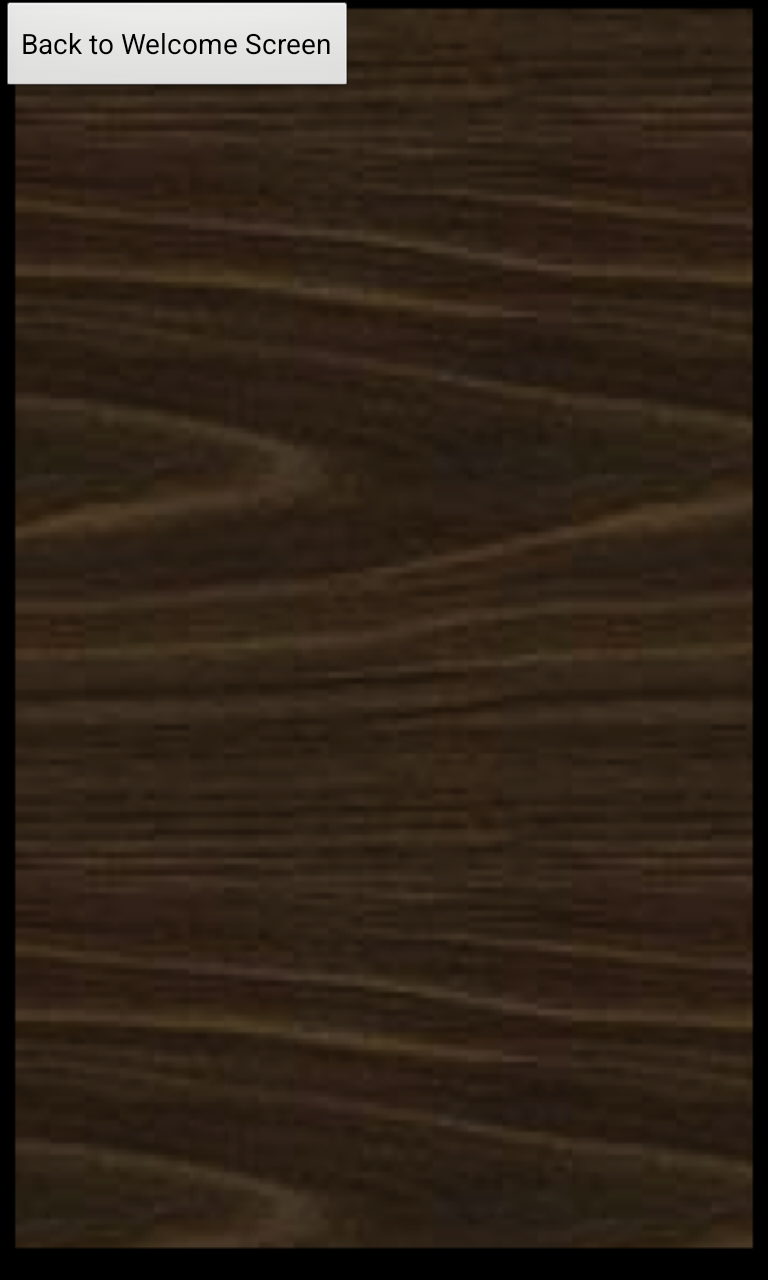
Repository: Arvind83/Pilot_project
Layout: LocationAware/res/layout/map.xml
An editor plug-in stored every save of this project. The layout is shown before and after the next save, followed by the edit.
It is drawn on a 768 x 1280 px phone screen (xhdpi) without system bars, with theme android:Theme.Holo; the app's code is not run.

Above is the layout before, as saved 2013-03-17 21:21:27.

### LocationAware/res/layout/map.xml
<?xml version="1.0" encoding="utf-8"?>
<FrameLayout
    xmlns:android="http://schemas.android.com/apk/res/android"
    android:layout_width="match_parent"
    android:layout_height="match_parent"
    android:theme="@android:style/Theme.Light"
    android:background= "@drawable/background"
    android:orientation="vertical">
        <Button android:id="@+id/HelloWorld"
            android:layout_width="wrap_content"
            android:layout_height="wrap_content"
            android:text="@string/back"
            android:minWidth="120sp"
            android:onClick="useFineProvider" />
</FrameLayout>

### LocationAware/res/values/strings.xml
<?xml version="1.0" encoding="utf-8"?>
<!--
  Copyright (C) 2012 The Android Open Source Project

  Licensed under the Apache License, Version 2.0 (the "License");
  you may not use this file except in compliance with the License.
  You may obtain a copy of the License at

       http://www.apache.org/licenses/LICENSE-2.0

  Unless required by applicable law or agreed to in writing, software
  distributed under the License is distributed on an "AS IS" BASIS,
  WITHOUT WARRANTIES OR CONDITIONS OF ANY KIND, either express or implied.
  See the License for the specific language governing permissions and
  limitations under the License.
-->
<resources>
    <string name="app_name">Location Update App</string>
    <string name="address">Address:</string>
    <string name="enable_gps">Enable GPS</string>
    <string name="enable_gps_dialog">GPS provider not enabled. Would you like to enable it?</string>
    <string name="latlng">Lat/Long:</string>
    <string name="unknown">--Unknown--</string>
    <string name="not_support_gps">GPS provider not supported</string>
    <string name="not_support_network">Network provider not supported</string>
    <string name="use_fine_provider">WiFi</string>
    <string name="use_both_providers">GPS</string>
    <string name="show_map">Show Map View</string>
    <string name="back">Back to Welcome Screen</string>
</resources>

After the next save:
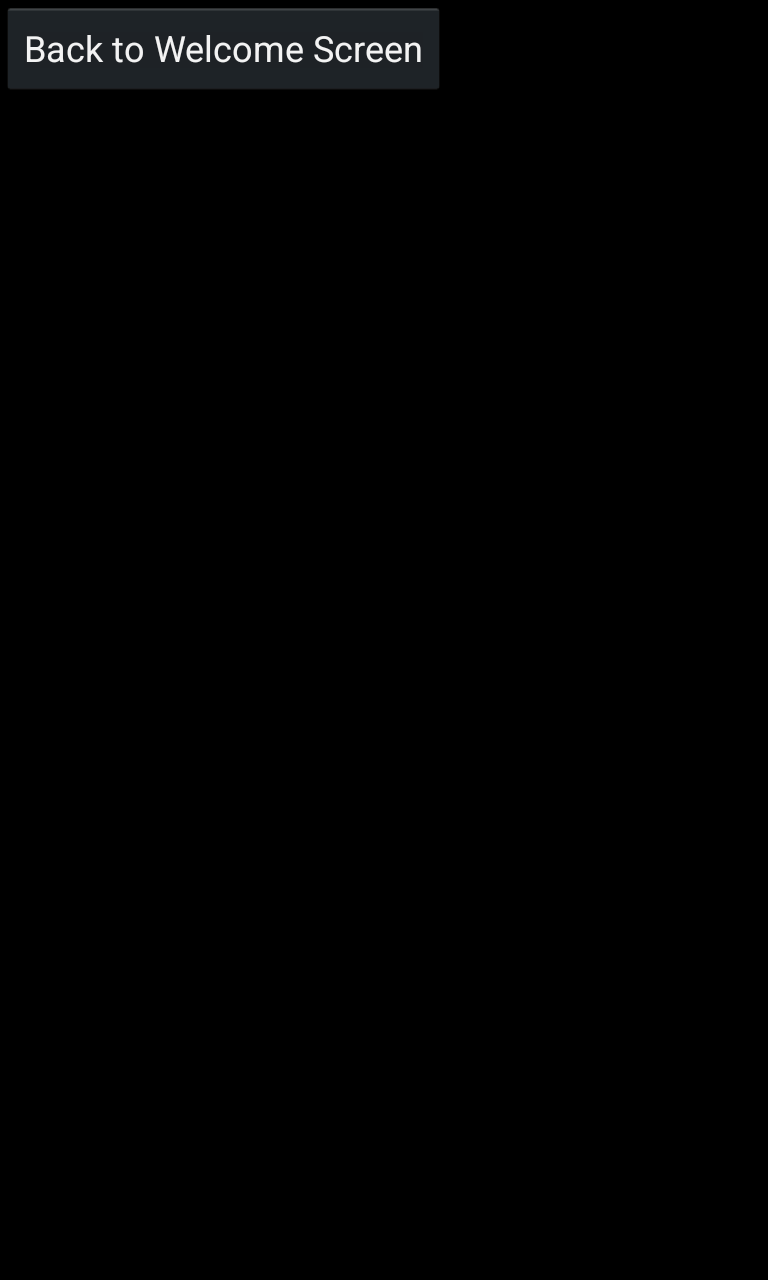
Saved 13 s later.
--- a/LocationAware/res/layout/map.xml
+++ b/LocationAware/res/layout/map.xml
@@ -1,9 +1,8 @@
 <?xml version="1.0" encoding="utf-8"?>
 <FrameLayout
     xmlns:android="http://schemas.android.com/apk/res/android"
-    android:layout_width="match_parent"
-    android:layout_height="match_parent"
-    android:theme="@android:style/Theme.Light"
+android:layout_width="fill_parent"
+    android:layout_height="fill_parent">      android:theme="@android:style/Theme.Light"
     android:background= "@drawable/background"
     android:orientation="vertical">
         <Button android:id="@+id/HelloWorld"
